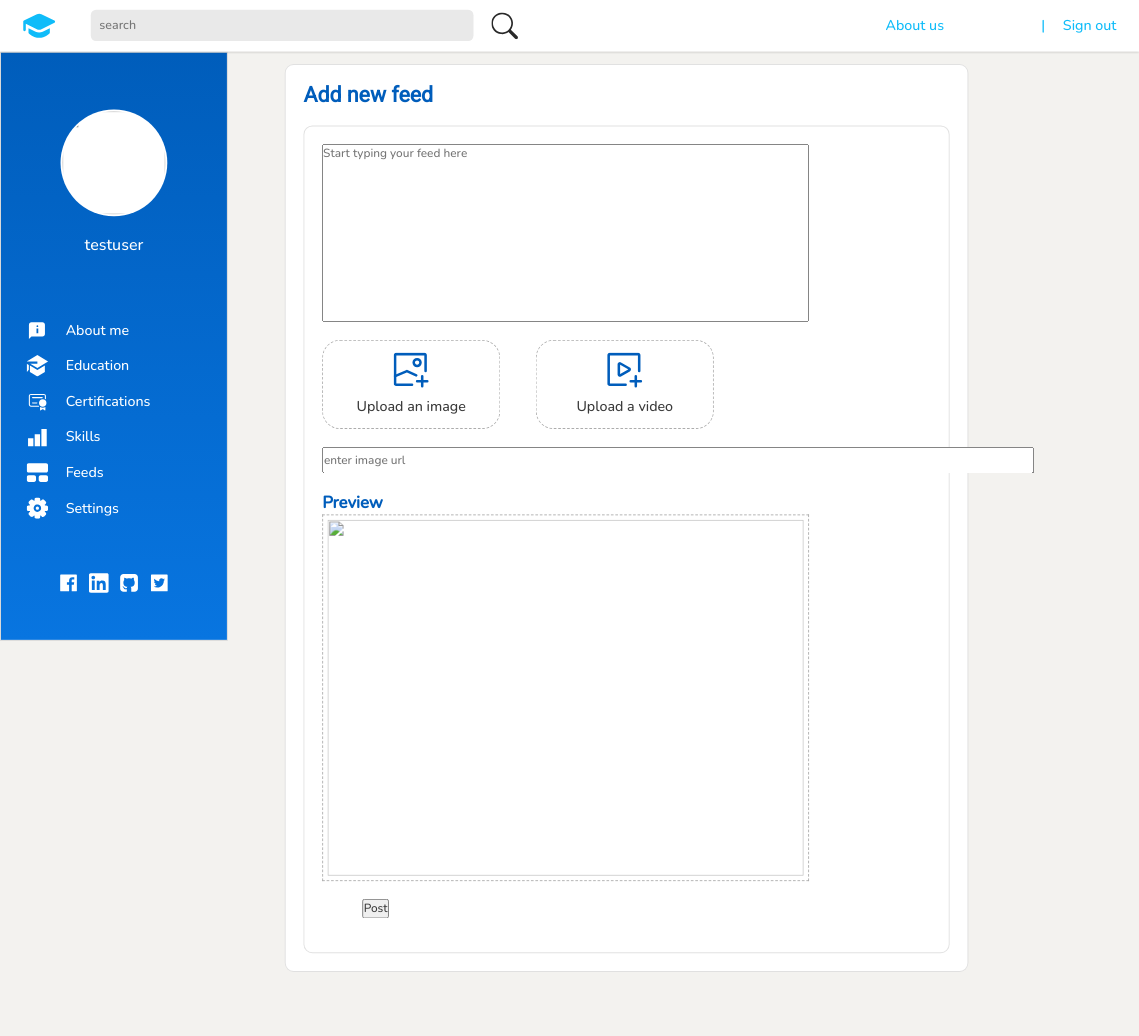
Repository: Mighil31/student_profile
Page: http://localhost/student_profile/feed/new_feed
An editor plug-in stored every save of this project. The page is shown before and after the next save, followed by the edit.
The browser window is 1280 px wide. The pictures show the whole page, at 89% of full size.
The page is served by Tomcat 9. The session is filled in as if someone had signed in: {"userID": 1, "userName": "testuser", "logged": true, "dp": 1}. Other server files are loaded and not shown.

Above is the page before, as saved 2021-10-28 17:08:57.

### student_profile/src/main/webapp/styles/addFeed.css
@import url("https://fonts.googleapis.com/css2?family=Roboto&display=swap");
@import url("https://fonts.googleapis.com/css2?family=Nunito:wght@500&display=swap");
@import url("https://fonts.googleapis.com/css2?family=Montserrat:wght@700&display=swap");
* {
  margin: 0;
  padding: 0;
  -webkit-box-sizing: border-box;
          box-sizing: border-box;
  font-family: 'Nunito', sans-serif;
  color: #3a3a3a;
  scroll-behavior: smooth;
}

body {
  widows: 100%;
  display: -webkit-box;
  display: -ms-flexbox;
  display: flex;
  -webkit-box-pack: center;
      -ms-flex-pack: center;
          justify-content: center;
  -webkit-box-align: center;
      -ms-flex-align: center;
          align-items: center;
  text-align: center;
  position: relative;
  padding: 10vh 0 10vh 0;
  background: #f3f2ef;
}

body .addFeedComponent {
  margin-left: 10%;
  width: 60%;
  background: white;
  border-radius: 10px;
  border: 1px solid #a7a7a756;
  display: -webkit-box;
  display: -ms-flexbox;
  display: flex;
  -webkit-box-pack: center;
      -ms-flex-pack: center;
          justify-content: center;
  -webkit-box-align: center;
      -ms-flex-align: center;
          align-items: center;
  text-align: center;
  -webkit-box-orient: vertical;
  -webkit-box-direction: normal;
      -ms-flex-direction: column;
          flex-direction: column;
  -webkit-box-align: start;
      -ms-flex-align: start;
          align-items: flex-start;
  -webkit-box-pack: start;
      -ms-flex-pack: start;
          justify-content: flex-start;
  padding: 20px;
  gap: 20px;
}
body .addFeedComponent form{
  width: 100%;
  background: white;
  border-radius: 10px;
  border: 1px solid #a7a7a756;
  display: -webkit-box;
  display: -ms-flexbox;
  display: flex;
  -webkit-box-pack: center;
      -ms-flex-pack: center;
          justify-content: center;
  -webkit-box-align: center;
      -ms-flex-align: center;
          align-items: center;
  text-align: center;
  -webkit-box-orient: vertical;
  -webkit-box-direction: normal;
      -ms-flex-direction: column;
          flex-direction: column;
  -webkit-box-align: start;
      -ms-flex-align: start;
          align-items: flex-start;
  -webkit-box-pack: start;
      -ms-flex-pack: start;
          justify-content: flex-start;
  padding: 20px;
  gap: 20px;
}

body .addFeedComponent h2 {
  color: #005dbb;
  font-family: 'Roboto';
}

body .addFeedComponent .feedDescription {
  width: 80%;
  height: 200px;
  resize: none;
}

body .addFeedComponent .mediaPreview {
  width: 80%;
  display: -webkit-box;
  display: -ms-flexbox;
  display: flex;
  -webkit-box-pack: center;
      -ms-flex-pack: center;
          justify-content: center;
  -webkit-box-align: center;
      -ms-flex-align: center;
          align-items: center;
  text-align: center;
  -webkit-box-orient: vertical;
  -webkit-box-direction: normal;
      -ms-flex-direction: column;
          flex-direction: column;
  -webkit-box-align: start;
      -ms-flex-align: start;
          align-items: flex-start;
}

body .addFeedComponent .mediaPreview h3 {
  color: #005dbb;
}

body .addFeedComponent .mediaPreview .mediawrap {
  width: 100%;
  padding: 5px;
  border: 1px dashed rgba(63, 63, 63, 0.432);
}

body .addFeedComponent .mediaPreview .mediawrap img, body .addFeedComponent .mediaPreview .mediawrap video {
  width: 100%;
  height: 400px;
  -o-object-fit: cover;
     object-fit: cover;
}

body .addFeedComponent .resourceOptions {
  width: 100%;
  height: 100px;
  display: -webkit-box;
  display: -ms-flexbox;
  display: flex;
  -webkit-box-pack: center;
      -ms-flex-pack: center;
          justify-content: center;
  -webkit-box-align: center;
      -ms-flex-align: center;
          align-items: center;
  text-align: center;
  -webkit-box-pack: start;
      -ms-flex-pack: start;
          justify-content: flex-start;
  gap: 20px;
}

body .addFeedComponent .resourceOptions .addMedia {
  width: 200px;
  height: 100%;
  display: -webkit-box;
  display: -ms-flexbox;
  display: flex;
  -webkit-box-pack: center;
      -ms-flex-pack: center;
          justify-content: center;
  -webkit-box-align: center;
      -ms-flex-align: center;
          align-items: center;
  text-align: center;
  -webkit-box-orient: vertical;
  -webkit-box-direction: normal;
      -ms-flex-direction: column;
          flex-direction: column;
  gap: 10px;
  border: 1px dashed rgba(63, 63, 63, 0.432);
  border-radius: 20px;
  cursor: pointer;
  background: white;
}

body .addFeedComponent .resourceOptions .addMedia svg {
  width: 40px;
  height: 40px;
}

body .addFeedComponent .resourceOptions .addMedia:hover {
  background: rgba(231, 231, 231, 0.836);
}
body .addFeedComponent .tempImageURLLoader{
	width:800px;
	height:30px;
}

body .addFeedComponent .PostFeedButton {
  width: 120px;
  height: 40px;
}

body .addFeedComponent .PostFeedButton a {
  text-decoration: none;
  width: 100%;
  height: 100%;
  display: -webkit-box;
  display: -ms-flexbox;
  display: flex;
  -webkit-box-pack: center;
      -ms-flex-pack: center;
          justify-content: center;
  -webkit-box-align: center;
      -ms-flex-align: center;
          align-items: center;
  text-align: center;
  background: #0fbcf9;
  color: white;
}

body .addFeedComponent .PostFeedButton a:hover {
  background: #005dbb;
}
/*# sourceMappingURL=addFeed.css.map */

Loaded but not shown: student_profile/src/main/java/student_profile/java/web/StudentServlet.java (508 lines, source omitted); student_profile/src/main/java/student_profile/java/web/feedsServlet.java (194 lines, source omitted); student_profile/src/main/webapp/styles/navbar_profilesTab.css (278 lines, source omitted); student_profile/src/main/webapp/jsp/addFeed.jsp (129 lines, source omitted)

After the next save:
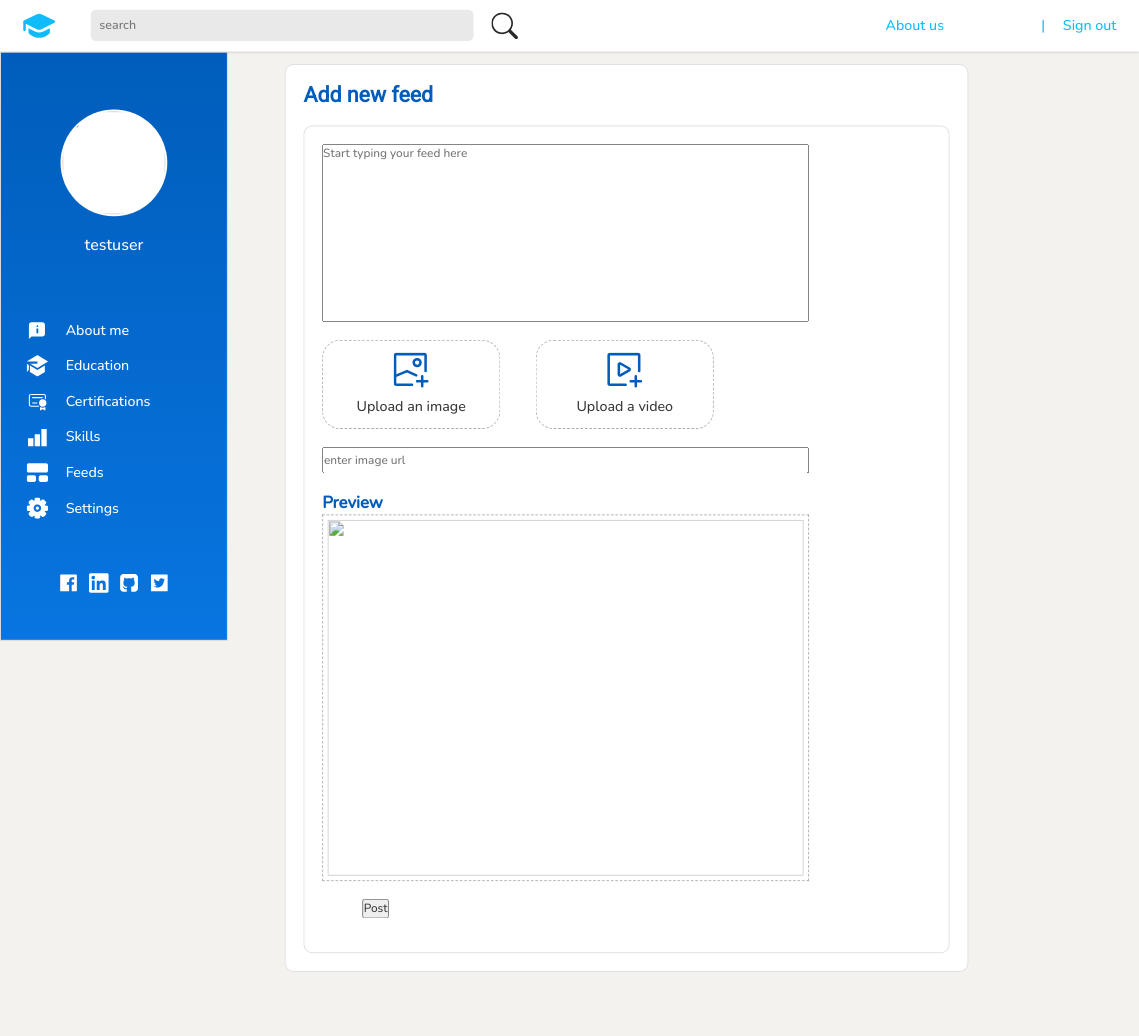
Saved 25 s later.
--- a/student_profile/src/main/webapp/styles/addFeed.css
+++ b/student_profile/src/main/webapp/styles/addFeed.css
@@ -187,7 +187,7 @@ body .addFeedComponent .resourceOptions .addMedia:hover {
   background: rgba(231, 231, 231, 0.836);
 }
 body .addFeedComponent .tempImageURLLoader{
-	width:800px;
+	width:80%;
 	height:30px;
 }
 
